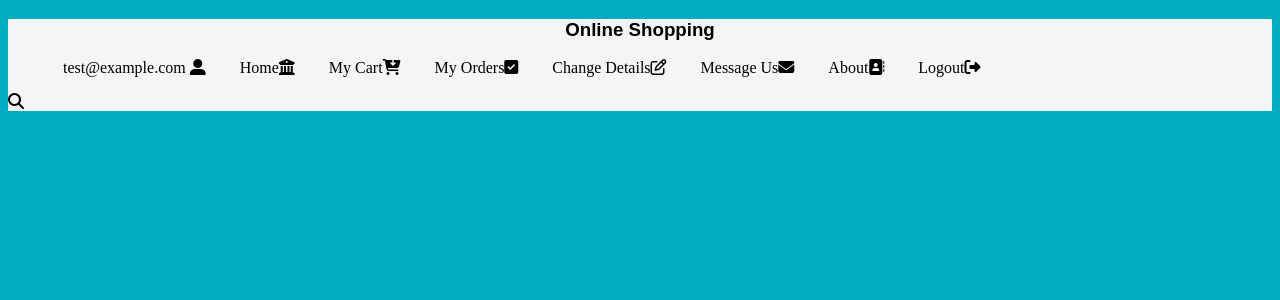
Repository: NidhiDaniel/E-Cart
Page: http://localhost/Online-Shopping-Cart/home.jsp
An editor plug-in stored every save of this project. The page is shown before and after the next save, followed by the edit.
The browser window is 1280 px wide. The pictures show the whole page.
Some web libraries are served in a nearby version. The page is served by Tomcat 9. The session is filled in as if someone had signed in: {"email": "test@example.com"}. Other server files are loaded and not shown.

Above is the page before, as saved 2024-01-06 09:13:15.

### Online-Shopping-Cart/src/main/webapp/home.jsp
<%@ page language="java" contentType="text/html; charset=ISO-8859-1"
    pageEncoding="ISO-8859-1"%>
<%@ include file="header.jsp" %>
<!DOCTYPE html>
<html>
<head>
<meta charset="ISO-8859-1">
<title>Home</title>
</head>
<body>

</body>
</html>

### Online-Shopping-Cart/src/main/webapp/header.jsp
<%@ page language="java" contentType="text/html; charset=ISO-8859-1"
	pageEncoding="ISO-8859-1"%>
<!DOCTYPE html>
<html>
<head>
<meta charset="ISO-8859-1">
<title>Insert title here</title>
<link rel="stylesheet" type="text/css" href="./css/header.css">
<link rel="stylesheet" href="https://cdnjs.cloudflare.com/ajax/libs/font-awesome/4.7.0/css/font-awesome.min.css">
<script src='https://kit.fontawesome.com/a076d05399.js' crossorigin='anonymous'></script>
</head>
<body>
	<div class="header">
	<% String email=session.getAttribute("email").toString(); %>

	   <h3>Online Shopping</h3>

		<ul>
		   <li><a href=""><% out.println(email); %><i class="fa fa-user-alt"></i></a></li>
			<li><a href="home.jsp">Home<i class="fa fa-institution"></i></a></li>
			<li><a href="">My Cart<i class="fa fa-cart-arrow-down"></i></a></li>
			<li><a href="">My Orders<i class="fa fa-check-square"></i></a></li>
			<li><a href="">Change Details<i class="fa fa-edit"></i></a></li>
			<li><a href="">Message Us<i class="fa fa-envelope"></i></a></li>
			<li><a href="">About<i class="fa fa-address-book"></i></a></li>
			<li><a href="">Logout<i class="fa fa-sign-out"></i></a></li>
		</ul>
        <div class="search-container">
        	<i class="fa fa-search"></i>
        </div>
	</div>
</body>
</html>

### Online-Shopping-Cart/src/main/webapp/css/header.css
@charset "ISO-8859-1";
body{
	background: #00ACC1;
}
.header{
	width: auto;
	height:auto;
	background: #f5f5f5;
}
.header ul li{
	list-style: none;
	display: inline-block;

}
.header h3{
	text-align: center;
	font-family: sans-serif;
	font-weight: 900;
}
.header ul li a{
	margin: 15px;
    text-decoration: none;
    color: black;
    font-weight: 500;
}

After the next save:
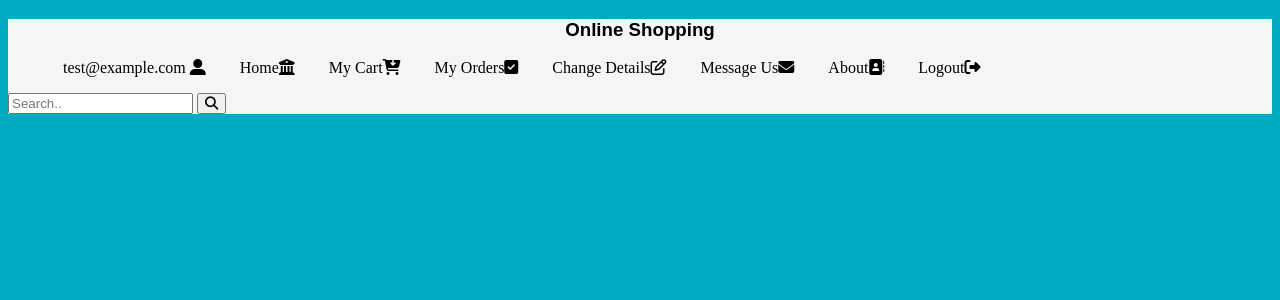
Saved 107 s later.
--- a/Online-Shopping-Cart/src/main/webapp/header.jsp
+++ b/Online-Shopping-Cart/src/main/webapp/header.jsp
@@ -26,7 +26,8 @@
 			<li><a href="">Logout<i class="fa fa-sign-out"></i></a></li>
 		</ul>
         <div class="search-container">
-        	<i class="fa fa-search"></i>
+        	<input type="text" placeholder="Search.." name="search">
+      <button type="submit"><i class="fa fa-search"></i></button>
         </div>
 	</div>
 </body>
